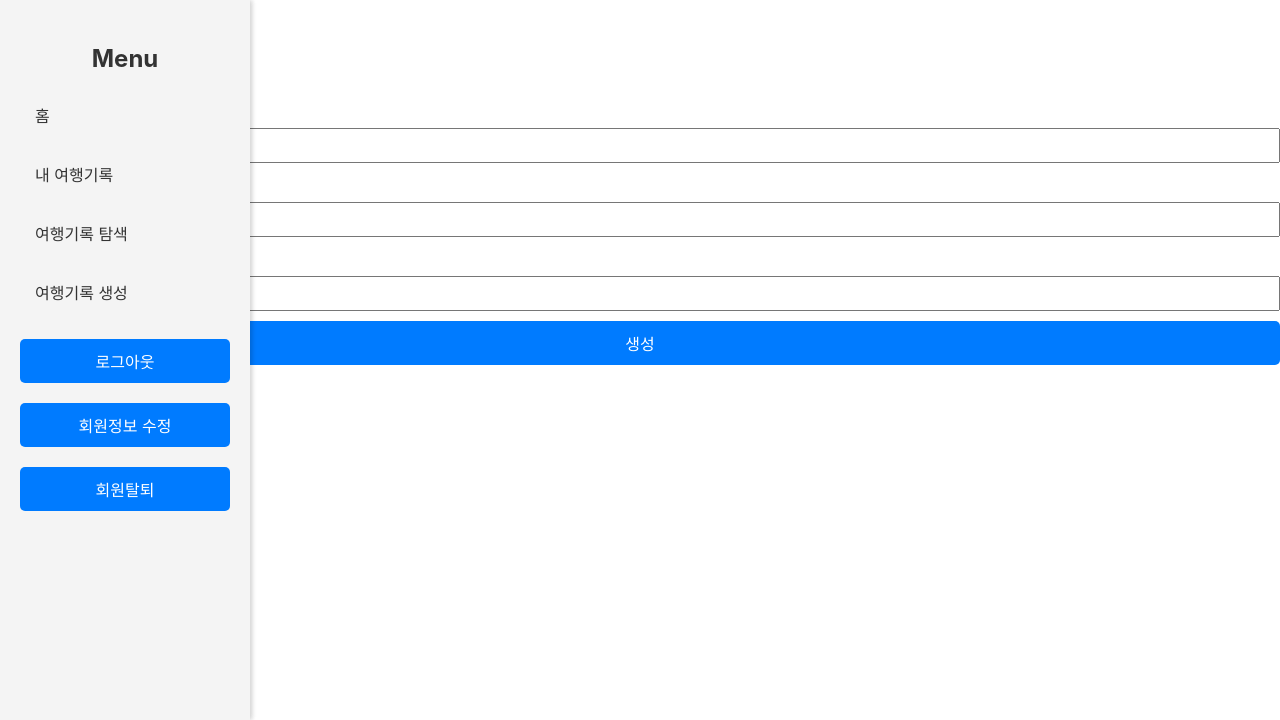
Repository: gimm5550/frontend2
Page: /register
An editor plug-in stored every save of this project. The page is shown before and after the next save, followed by the edit.
The browser window is 1280 px wide. The pictures show the whole page.
The project was rebuilt for these pictures with package versions that can differ from the ones it lists, and the page was loaded fresh each time. Also part of the build but not shown: src/url.js, src/components/common/KakaoLoginButton.js, src/components/FromServer.js, src/components/common/Footer.js, src/components/common/Header.js, src/components/layout/LandingPageLayout.js, src/components/LoginForm.js, src/components/layout/LoginFormLayout.js and 22 more.

Above is the page before, as saved 2024-11-20 15:27:12.

### public/index.html
<!DOCTYPE html>
<html lang="en">
  <head>
    <meta charset="utf-8" />
    <link rel="icon" href="%PUBLIC_URL%/favicon.ico" />
    <meta name="viewport" content="width=device-width, initial-scale=1" />
    <meta name="theme-color" content="#000000" />
    <meta
      name="description"
      content="Web site created using create-react-app"
    />
    <link rel="apple-touch-icon" href="%PUBLIC_URL%/logo192.png" />
    <!--
      manifest.json provides metadata used when your web app is installed on a
      user's mobile device or desktop. See https://developers.google.com/web/fundamentals/web-app-manifest/
    -->
    <link rel="manifest" href="%PUBLIC_URL%/manifest.json" />
    <!--
      Notice the use of %PUBLIC_URL% in the tags above.
      It will be replaced with the URL of the `public` folder during the build.
      Only files inside the `public` folder can be referenced from the HTML.

      Unlike "/favicon.ico" or "favicon.ico", "%PUBLIC_URL%/favicon.ico" will
      work correctly both with client-side routing and a non-root public URL.
      Learn how to configure a non-root public URL by running `npm run build`.
    -->
    <title>React App</title>
    <script src="https://developers.kakao.com/sdk/js/kakao.min.js"></script> <!-- 카카오 SDK 추가 -->
  </head>
  <body>
    <noscript>You need to enable JavaScript to run this app.</noscript>
    <div id="root"></div>
    <!--
      This HTML file is a template.
      If you open it directly in the browser, you will see an empty page.

      You can add webfonts, meta tags, or analytics to this file.
      The build step will place the bundled scripts into the <body> tag.

      To begin the development, run `npm start` or `yarn start`.
      To create a production bundle, use `npm run build` or `yarn build`.
    -->
  </body>
</html>

### src/index.js
import React from 'react';
import ReactDOM from 'react-dom/client';
import './index.css';
import App from './App';
import reportWebVitals from './reportWebVitals';
import { BrowserRouter } from 'react-router-dom';
// 카카오 SDK 초기화
if (window.Kakao) {
  window.Kakao.init("629a046bf0fa611328bd69bc1571aa3a"); // 카카오 JavaScript 키로 SDK 초기화
  console.log("Kakao SDK initialized:", window.Kakao.isInitialized());
}
const root = ReactDOM.createRoot(document.getElementById('root'));
root.render(
  <React.StrictMode>
    <BrowserRouter>
      <App />
    </BrowserRouter>
  </React.StrictMode>
);

// If you want to start measuring performance in your app, pass a function
// to log results (for example: reportWebVitals(console.log))
// or send to an analytics endpoint. Learn more: https://bit.ly/CRA-vitals
reportWebVitals();

### src/App.js
import React from 'react';
import './App.css';
import { Route, Routes, useLocation } from 'react-router-dom';
import LandingPageLayout from './components/layout/LandingPageLayout';
import routes from './routes';
import { AuthProvider } from './AuthContext'; // AuthProvider import
import MenuBar from "./components/common/MenuBar";

function App() {
  const location = useLocation(); // React Router의 useLocation 훅 사용

  const getRoutes = (allRoutes) =>
    allRoutes.map((route) => {
      if (route.route) {
        return (
          <Route
            exact
            path={route.route}
            element={route.component}
            key={route.key}
          />
        );
      }
      return null;
    });

  return (
    <div className="App">
      <AuthProvider>
        {/* Flexbox 컨테이너 */}
        <div className="layout">

          {/* 오른쪽 본문 */}
          <div className="main-content1">
            <Routes>
              {getRoutes(routes)}
              <Route path="*" element={<LandingPageLayout />} />
            </Routes>
          </div>
        </div>
      </AuthProvider>
    </div>
  );
}

export default App;

### src/App.css
/* 전체 Flexbox 레이아웃 */
.layout {
  display: flex; /* 메뉴바와 본문을 가로로 배치 */
  height: 100vh; /* 전체 화면 높이 */
  overflow: hidden; /* 스크롤바 숨김 */
  margin: 0;
  padding: 0;
}

/* 메뉴바 스타일 */
.menu-bar {
  width: 250px; /* 메뉴바 너비 */
  background-color: #f4f4f4; /* 메뉴바 배경색 */
  box-shadow: 2px 0 5px rgba(0, 0, 0, 0.1); /* 그림자 효과 */
  position: fixed; /* 고정 위치 */
  left: 0; /* 왼쪽에 고정 */
  top: 0;
  bottom: 0;
  z-index: 10; /* 다른 요소 위에 배치 */
  overflow-y: auto; /* 스크롤 가능 */
  box-sizing: border-box;
}

/* 본문 영역 스타일 */
.main-content1 {
  margin-left: 250px; /* 메뉴바 너비만큼 왼쪽 여백 */
  flex: 1; /* 남은 공간을 유동적으로 채움 */
  overflow-y: auto; /* 세로 스크롤 허용 */
  padding: 0; /* 내부 여백 제거 */
  background-color: #ffffff; /* 본문 배경색 */
  display: block;
  box-sizing: border-box; /* 패딩 포함 크기 계산 */
}

/* 여백 제거 */
body, html, .layout, .main-content1 {
  margin: 0;
  padding: 0;
  width: 100%;
  height: 100%;
  overflow: hidden;
}

### src/routes.js
import LoginFormLayout from "./components/layout/LoginFormLayout";
import UserDetailLayout from "./components/layout/UserDetailLayout";
import RegisterFormLayout from "./components/layout/RegisterFormLayout";
import MainListLayout from "./components/layout/MainListLayout"; // community_detail
import CommunityDetailLauout from "./components/layout/community_detailLayout";
import NewCommunityLayout from "./components/layout/NewCommunityLayout";
import CommunityViewLayout from "./components/layout/CommunityViewLayout"; // AdminClient
import AdminClientLayout from "./components/layout/AdminClientLayout";
import EditFormLayout from "./components/layout/EditFormLayout";
import GoogleMapLayout from "./components/layout/GoogleMapLayout"; // MyTravelLayout
import MyTravelLayout from "./components/layout/MyTravelLayout";
import MyTravelLayout_BypolylineId from "./components/layout/MyTravelLayout_BypolylineId";
import TravelLayout from "./components/layout/TravelLayout";
const routes = [
    {
        name:"UserDetail",
        key:"userDetail",
        route:"/user-detail/:userId",
        component:<UserDetailLayout></UserDetailLayout>
    },
    {
        name:"LoginForm",
        key:"loginForm",
        route:"/login",
        component:<LoginFormLayout></LoginFormLayout>
    },
    {
        name:"RegisterForm",
        key:"RegisterForm",
        route:"/register",
        component:<RegisterFormLayout></RegisterFormLayout>
    },
    {
        name:"MainList",
        key:"MainList",
        route:"/mainlist",
        component:<MainListLayout></MainListLayout>
    },
    {
        name:"community_detail",
        key:"community_detail",
        route:"/community_detail",
        component:<CommunityDetailLauout></CommunityDetailLauout>
    },
    {
        name:"new_community",
        key:"new_community",
        route:"/new_community",
        component:<NewCommunityLayout></NewCommunityLayout>
    },
    {
        name:"CommunityView",
        key:"CommunityView",
        route:"/CommunityView",
        component:<CommunityViewLayout></CommunityViewLayout>
    },
    {
        name: "CommunityView",
        key: "communityView",
        route: "/CommunityView/:id", // ID를 URL 매개변수로 받도록 수정
        component: <CommunityViewLayout></CommunityViewLayout>
    },
    {
        name: "AdminClient",
        key: "AdminClient",
        route: "/AdminClient/:id", // ID를 URL 매개변수로 받도록 수정
        component: <AdminClientLayout></AdminClientLayout>
    },
    {
        name: "community_detail",
        key: "community_detail",
        route: '/community_detail/:id', // ID를 URL 매개변수로 받도록 수정
        component: <CommunityDetailLauout></CommunityDetailLauout>
    },
    {
        name: "new_community",
        key: "new_community",
        route: '/new_community/:id', // ID를 URL 매개변수로 받도록 수정 `/CommunityView/${id}/${communityId}`
        component: <NewCommunityLayout></NewCommunityLayout>
    },
    {
        name: "new_community",
        key: "new_community",
        route: '/CommunityView/:id/:communityId',
        component: <CommunityViewLayout></CommunityViewLayout>
    },
    {
        name:"EditForm",
        key:"EditForm",
        route:"/edit_info",
        component:<EditFormLayout></EditFormLayout>
    },
    {
        name:"GoogleMap",
        route: "/GoogleMap",
        component: <GoogleMapLayout />, // GoogleMapLayout 컴포넌트 연결
        key: "google-map",
    },
    {
        name:"MyTravel",
        route: "/MyTravel",
        component: <MyTravelLayout />, // GoogleMapLayout 컴포넌트 연결
        key: "MyTravel",
    },
    {
        name:"MyTravel_BypolylineId",
        route: "/MyTravel/:polylineId",
        component: <MyTravelLayout_BypolylineId />, // GoogleMapLayout 컴포넌트 연결
        key: "MyTravel_BypolylineId",
    },
    {
        name:"Travel",
        route: "/Travel",
        component: <TravelLayout />, // GoogleMapLayout 컴포넌트 연결
        key: "Travel",
    },
]
export default routes;

### src/AuthContext.js
import React, { createContext, useContext, useState } from 'react';

const AuthContext = createContext();

export const AuthProvider = ({ children }) => {
    const [user, setUser] = useState(null); // 로그인한 사용자 정보를 저장할 상태

    const login = (userData) => {
        setUser(userData); // 로그인 시 사용자 정보 저장
    };

    const logout = () => {
        setUser(null); // 로그아웃 시 사용자 정보 초기화
    };

    return (
        <AuthContext.Provider value={{ user, login, logout }}>
            {children}
        </AuthContext.Provider>
    );
};

// 사용자 정보를 가져오는 커스텀 훅
export const useAuth = () => {
    return useContext(AuthContext);
};

### src/components/common/MenuBar.js
import React, { useState, useEffect } from "react";
import { Link } from "react-router-dom";
import "./MenuBar.css";
import { useNavigate } from "react-router-dom";
import api from "../../api";

const MenuBar = () => {
  const [isMenuOpen, setIsMenuOpen] = useState(true);
  const [user, setUser] = useState(null);
  const navigate = useNavigate();

  const handleLogout = () => {
    console.log("로그아웃 처리");
    localStorage.removeItem("user");
    navigate("/login");
  };

  useEffect(() => {
    const userData = JSON.parse(localStorage.getItem("user"));
    setUser(userData);
  }, []);

  const handleEditProfile = () => {
    console.log("회원정보 수정 페이지로 이동");
    navigate("/edit_info");
  };

  const handleDelete = () => {
    if (window.confirm("정말로 회원탈퇴를 하시겠습니까?")) {
      console.log("회원탈퇴 진행 중...");
      api
        .deleteUser(user.id)
        .then((response) => {
          console.log("회원탈퇴 성공:", response.data);
          alert("회원탈퇴가 완료되었습니다.");
          localStorage.removeItem("user");
          navigate("/login");
        })
        .catch((error) => {
          console.error("회원탈퇴 실패:", error);
          alert("회원탈퇴 처리 중 오류가 발생했습니다.");
        });
    }
  };

  return (
    <>
      {isMenuOpen && (
        <div className="menu-bar">
          <h3 className="menu-title">Menu</h3>
          <ul className="menu-list">
            <li className="menu-item">
              <Link to="/mainlist">홈</Link>
            </li>
            <li className="menu-item">
              <Link to="/MyTravel">내 여행기록</Link>
            </li>
            <li className="menu-item">
              <Link to="/Travel">여행기록 탐색</Link>
            </li>
            <li className="menu-item">
              <Link to="/GoogleMap">여행기록 생성</Link>
            </li>
          </ul>
          <button onClick={handleLogout}>로그아웃</button>
          <button onClick={handleEditProfile}>회원정보 수정</button>
          <button onClick={handleDelete}>회원탈퇴</button>
        </div>
      )}
    </>
  );
};

export default MenuBar;

### src/components/layout/CommonLayout.js
import Footer from "../common/Footer";
import Header from "../common/Header";
import MenuBar from "../common/MenuBar"; // MenuBar 컴포넌트 추가
// <MenuBar />
export default function CommonLayout({ children }) {
  return (
    <div className="common-layout">
      <div className="menu-bar">
        <MenuBar />
      </div>
      <div className="main-content2">
        {children}
      </div>
    </div>
  );
}

### src/components/layout/RegisterFormLayout.js
import RegisterForm from "../RegisterForm";
import CommonLayout from "./CommonLayout";

export default function RegisterFormLayout(){
    return<div>
            <CommonLayout>
                <RegisterForm></RegisterForm>
            </CommonLayout>
        </div>

}

### src/components/common/MenuBar.css
/* 전체 메뉴바 컨테이너 스타일 */
.menu-bar {
    width: 250px; /* 메뉴바 고정 너비 */
    height: 100vh; /* 화면 전체 높이 */
    background-color: #f4f4f4; /* 메뉴바 배경색 */
    box-shadow: 2px 0 5px rgba(0, 0, 0, 0.1); /* 메뉴바 그림자 */
    position: fixed; /* 왼쪽에 고정 */
    top: 0; /* 상단부터 시작 */
    left: 0; /* 왼쪽에 위치 */
    display: flex;
    flex-direction: column; /* 콘텐츠를 세로로 배치 */
    align-items: center; /* 가운데 정렬 */
    padding: 20px; /* 내부 여백 */
    box-sizing: border-box; /* 패딩을 포함한 크기 계산 */
  }

  /* 메뉴 제목 스타일 */
  .menu-title {
    font-size: 1.5rem;
    font-weight: bold;
    margin-bottom: 20px;
    color: #333;
  }

  /* 메뉴 리스트 스타일 */
  .menu-list {
    list-style: none; /* 기본 리스트 스타일 제거 */
    padding: 0;
    margin: 0;
    width: 100%; /* 전체 너비 사용 */
  }

  /* 메뉴 아이템 스타일 */
  .menu-item {
    margin-bottom: 15px; /* 각 메뉴 간격 */
  }

  .menu-item a {
    text-decoration: none; /* 링크 밑줄 제거 */
    color: #333; /* 텍스트 색상 */
    font-size: 1rem;
    display: block; /* 링크를 블록 요소로 변경 */
    padding: 10px 15px; /* 내부 여백 */
    border-radius: 5px; /* 모서리 둥글게 */
    transition: background-color 0.3s ease; /* 배경색 전환 효과 */
  }

  .menu-item a:hover {
    background-color: #ddd; /* 호버 시 배경색 변경 */
    color: #000; /* 호버 시 텍스트 색상 변경 */
  }

  /* 버튼 스타일 */
  button {
    width: 100%; /* 버튼이 메뉴바 전체 너비를 사용 */
    margin: 10px 0; /* 버튼 간격 */
    padding: 10px 15px; /* 내부 여백 */
    font-size: 1rem;
    color: #fff; /* 텍스트 색상 */
    background-color: #007bff; /* 기본 배경색 (파란색) */
    border: none; /* 테두리 제거 */
    border-radius: 5px; /* 모서리 둥글게 */
    cursor: pointer; /* 마우스 포인터 변경 */
    transition: background-color 0.3s ease; /* 배경색 전환 효과 */
  }

  button:hover {
    background-color: #0056b3; /* 호버 시 배경색 어둡게 */
  }

  /* 반응형 디자인 */
  @media (max-width: 768px) {
    .menu-bar {
      width: 200px; /* 화면이 좁을 경우 메뉴바 너비 축소 */
    }

    .menu-title {
      font-size: 1.2rem; /* 제목 크기 축소 */
    }

    button {
      font-size: 0.9rem; /* 버튼 텍스트 크기 축소 */
    }
  }

### src/components/RegisterForm.js
import React, { useState } from "react";
import { useParams, useNavigate } from "react-router-dom";
import api from '../api'; // API 호출을 위한 모듈
import AsyncStorage from "@react-native-async-storage/async-storage";

export default function RegisterForm() {
    const [username, setUsername] = useState("");
    const [password, setPassword] = useState("");
    const [confirmPassword, setConfirmPassword] = useState("");
    const navigate = useNavigate();

    const handleRegister = async () => {
        // 비밀번호 확인
        if (password !== confirmPassword) {
            alert("비밀번호가 일치하지 않습니다."); // 비밀번호 불일치 알림
            return;
        }

        try {
            // AsyncStorage에 아이디와 비밀번호 저장
            await AsyncStorage.setItem('username', username);
            await AsyncStorage.setItem('password', password);

            // API 호출하여 사용자 등록
            const response = await api.register(username, password);
            const { code, message, data } = response.data;

            if (code === 0) {
                alert("회원가입이 완료되었습니다."); // 회원가입 성공 알림
                navigate('/login'); // 로그인 페이지로 이동
            } else {
                alert("회원가입 중 오류가 발생했습니다: " + message); // 오류 알림
            }
        } catch (error) {
            console.error("회원가입 중 오류 발생:", error);
            alert("회원가입에 실패했습니다."); // 오류 발생 알림
        }
    };

    return (
        <div>
            <h1>회원가입</h1>
            <div>
                <label htmlFor="username">아이디:</label>
                <input
                    type="text"
                    id="username"
                    value={username}
                    onChange={(e) => setUsername(e.target.value)}
                />
            </div>
            <div>
                <label htmlFor="password">비밀번호:</label>
                <input
                    type="password"
                    id="password"
                    value={password}
                    onChange={(e) => setPassword(e.target.value)}
                />
            </div>
            <div>
                <label htmlFor="confirmPassword">비밀번호 확인:</label>
                <input
                    type="password"
                    id="confirmPassword"
                    value={confirmPassword}
                    onChange={(e) => setConfirmPassword(e.target.value)}
                />
            </div>
            <button onClick={handleRegister}>생성</button>
        </div>
    );
}

### src/MainList.css
table {
    width: 100%;
    border-collapse: collapse; /* 경계선 겹치지 않도록 설정 */
}

th, td {
    border: 1px solid #ccc; /* 테두리 색상 */
    padding: 10px; /* 여백 */
    text-align: left; /* 왼쪽 정렬 */
}

th {
    background-color: #f4f4f4; /* 헤더 배경색 */
}

tr:hover {
    background-color: #f1f1f1; /* 마우스 오버 시 배경색 */
}
.popup-overlay {
    position: fixed;
    top: 0;
    left: 0;
    right: 0;
    bottom: 0;
    background: rgba(0, 0, 0, 0.5); /* 반투명 배경 */
    display: flex;
    justify-content: center;
    align-items: center;
    z-index: 1000; /* 다른 요소들 위에 위치하게 */
}

.popup {
    background: white;
    padding: 20px;
    border-radius: 5px;
    box-shadow: 0 2px 10px rgba(0, 0, 0, 0.1);
}

label {
    display: block;
    margin-bottom: 10px;
}

input {
    width: 100%;
    padding: 8px;
    margin-top: 5px;
    box-sizing: border-box; /* padding 포함해서 사이즈 조정 */
}
/* MainList.css */

/* 전체 컨테이너 스타일 */
.community-view {
    max-width: 800px; /* 최대 너비 */
    margin: 20px auto; /* 중앙 정렬 */
    padding: 20px; /* 안쪽 여백 */
    border: 1px solid #e0e0e0; /* 테두리 */
    border-radius: 8px; /* 모서리 둥글게 */
    background-color: #ffffff; /* 배경색 */
    box-shadow: 0 2px 10px rgba(0, 0, 0, 0.1); /* 그림자 */
}

/* 제목 스타일 */
.community-view h1 {
    font-size: 2rem; /* 큰 제목 크기 */
    color: #333; /* 제목 색상 */
    margin-bottom: 15px; /* 아래 여백 */
}

/* 부제목 스타일 */
.community-view h2 {
    font-size: 1.5rem; /* 부제목 크기 */
    color: #555; /* 부제목 색상 */
    margin: 10px 0; /* 위아래 여백 */
}

/* 본문 스타일 */
.community-view p {
    font-size: 1rem; /* 본문 크기 */
    color: #666; /* 본문 색상 */
    line-height: 1.5; /* 줄 간격 */
    margin-bottom: 20px; /* 아래 여백 */
}

/* 댓글 목록 스타일 */
.community-view ul {
    list-style-type: none; /* 기본 목록 스타일 제거 */
    padding: 0; /* 기본 여백 제거 */
}

.community-view li {
    background-color: #f9f9f9; /* 댓글 배경 색상 */
    border: 1px solid #e0e0e0; /* 댓글 테두리 */
    border-radius: 5px; /* 댓글 모서리 둥글게 */
    padding: 10px; /* 댓글 안쪽 여백 */
    margin-bottom: 10px; /* 댓글 사이 여백 */
}

/* 댓글 작성 입력창 스타일 */
.community-view input[type="text"] {
    width: 100%; /* 너비 100% */
    padding: 10px; /* 안쪽 여백 */
    border: 1px solid #ccc; /* 테두리 */
    border-radius: 5px; /* 모서리 둥글게 */
    margin-bottom: 10px; /* 아래 여백 */
}

/* 댓글 추가 버튼 스타일 */
.community-view button {
    padding: 10px 15px; /* 안쪽 여백 */
    background-color: #4CAF50; /* 버튼 배경 색상 */
    color: white; /* 글자 색상 */
    border: none; /* 테두리 없음 */
    border-radius: 5px; /* 모서리 둥글게 */
    cursor: pointer; /* 마우스 커서 */
    transition: background-color 0.3s; /* 배경 색상 변화 효과 */
}

.community-view button:hover {
    background-color: #45a049; /* 호버 시 색상 변화 */
}

/* 오류 메시지 스타일 */
.error-message {
    color: red; /* 오류 메시지 색상 */
    font-weight: bold; /* 굵게 */
    margin-bottom: 15px; /* 아래 여백 */
}

/* MainList.css */

/* 전체 컨테이너 스타일 */
.admin-client-container {
    display: flex;
    justify-content: space-between;
    padding: 20px;
}

/* 각 목록 박스 스타일 */
.client-box {
    flex: 1;
    margin: 0 10px; /* 좌우 여백 */
    border: 1px solid #ccc;
    border-radius: 8px;
    padding: 15px;
    background-color: #f9f9f9; /* 연한 배경색 */
    box-shadow: 0 2px 4px rgba(0, 0, 0, 0.1); /* 그림자 효과 */
}

/* 제목 스타일 */
.client-box h2 {
    text-align: center;
    color: #333; /* 제목 색상 */
}

/* 목록 아이템 스타일 */
.client-item {
    display: flex;
    justify-content: space-between;
    align-items: center;
    padding: 8px 0; /* 위아래 여백 */
    border-bottom: 1px solid #eee; /* 구분선 */
}

/* 마지막 아이템 구분선 제거 */
.client-item:last-child {
    border-bottom: none;
}

/* 버튼 스타일 */
.client-item button {
    background-color: #007bff; /* 버튼 색상 */
    color: white;
    border: none;
    border-radius: 5px;
    padding: 5px 10px;
    cursor: pointer;
    transition: background-color 0.3s; /* 색상 변화 효과 */
}

.client-item button:hover {
    background-color: #0056b3; /* 호버 시 색상 변화 */
}

/* 오류 메시지 스타일 */
.error-message {
    color: red; /* 오류 메시지 색상 */
    text-align: center; /* 가운데 정렬 */
    margin-bottom: 10px; /* 아래쪽 여백 */
}

Loaded but not shown: src/index.css (common file); src/reportWebVitals.js (common file); src/api.js (245 lines, source omitted)

After the next save:
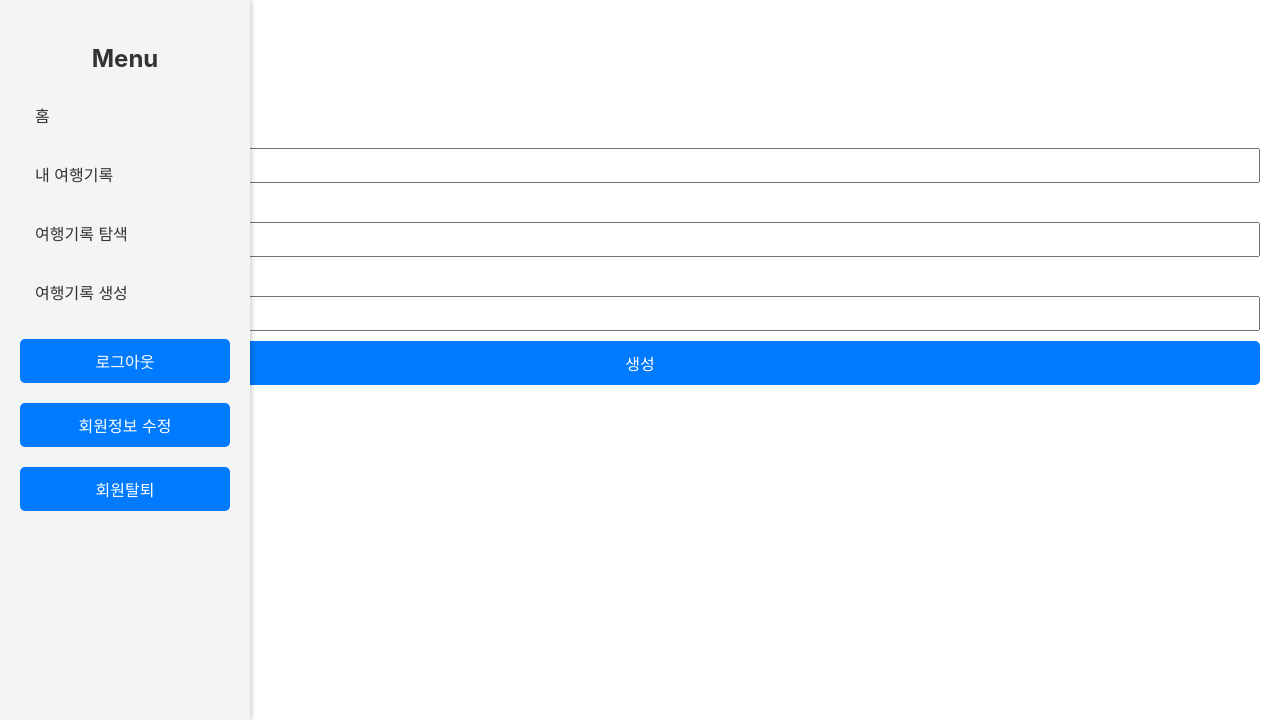
Saved 65 s later.
--- a/src/App.css
+++ b/src/App.css
@@ -2,41 +2,37 @@
 .layout {
   display: flex; /* 메뉴바와 본문을 가로로 배치 */
   height: 100vh; /* 전체 화면 높이 */
-  overflow: hidden; /* 스크롤바 숨김 */
   margin: 0;
   padding: 0;
+  overflow: hidden; /* 스크롤바 숨김 */
 }
 
 /* 메뉴바 스타일 */
 .menu-bar {
+  flex-shrink: 0; /* 고정된 크기 유지 */
   width: 250px; /* 메뉴바 너비 */
+  height: 100vh; /* 메뉴바 높이를 화면 전체에 맞춤 */
   background-color: #f4f4f4; /* 메뉴바 배경색 */
   box-shadow: 2px 0 5px rgba(0, 0, 0, 0.1); /* 그림자 효과 */
-  position: fixed; /* 고정 위치 */
-  left: 0; /* 왼쪽에 고정 */
-  top: 0;
-  bottom: 0;
+  overflow-y: auto; /* 스크롤 가능 */
+  box-sizing: border-box; /* 패딩 포함 크기 계산 */
+  position: relative; /* Flexbox 레이아웃 안에서 위치 고정 */
   z-index: 10; /* 다른 요소 위에 배치 */
-  overflow-y: auto; /* 스크롤 가능 */
-  box-sizing: border-box;
 }
 
 /* 본문 영역 스타일 */
 .main-content1 {
-  margin-left: 250px; /* 메뉴바 너비만큼 왼쪽 여백 */
   flex: 1; /* 남은 공간을 유동적으로 채움 */
   overflow-y: auto; /* 세로 스크롤 허용 */
-  padding: 0; /* 내부 여백 제거 */
+  padding: 20px; /* 내부 여백 */
   background-color: #ffffff; /* 본문 배경색 */
-  display: block;
   box-sizing: border-box; /* 패딩 포함 크기 계산 */
 }
 
 /* 여백 제거 */
-body, html, .layout, .main-content1 {
+body, html {
   margin: 0;
   padding: 0;
   width: 100%;
   height: 100%;
-  overflow: hidden;
 }
